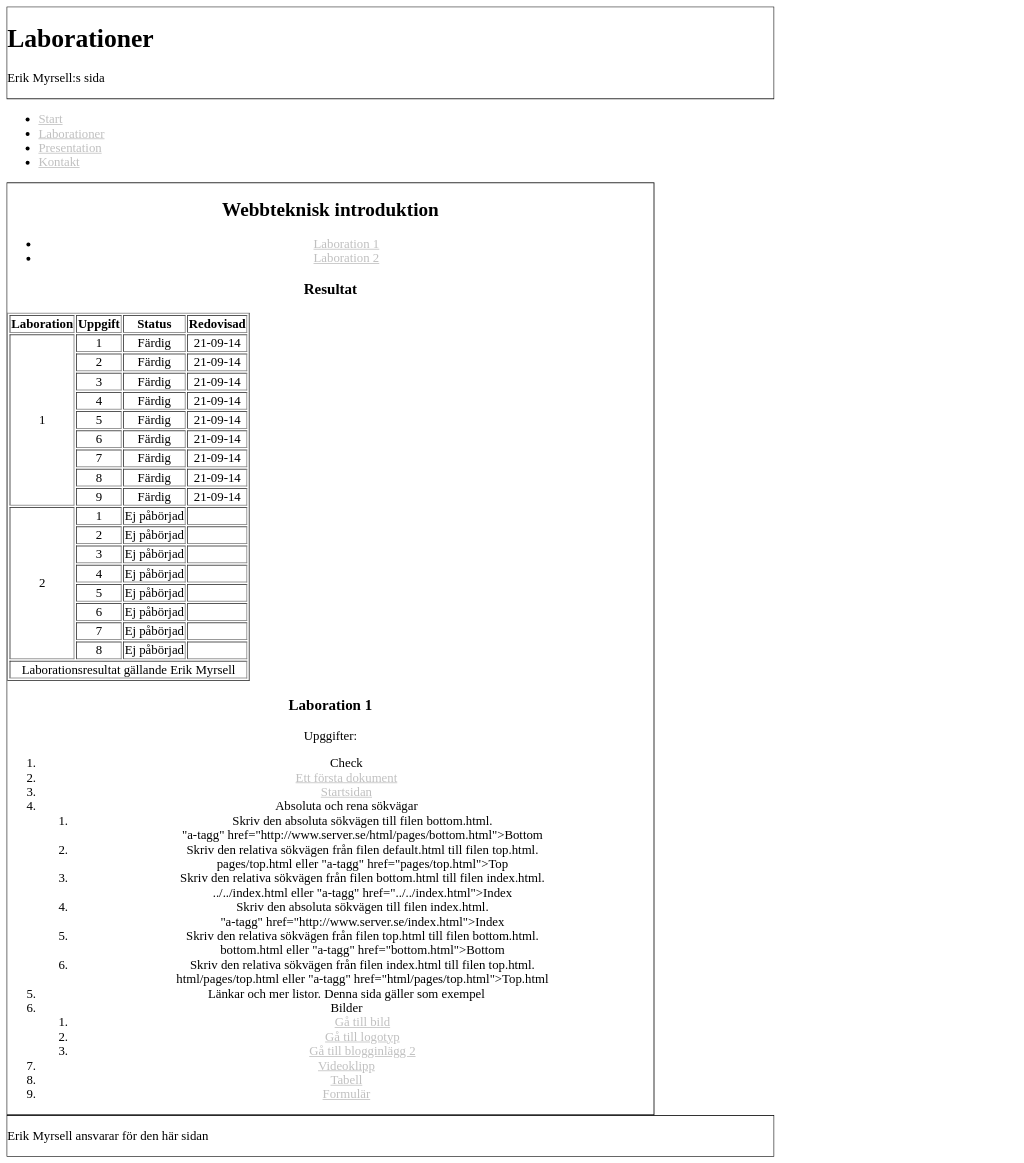
Repository: em222mt/1IK415_em222mt
Page: pages/laborationer.html
The author's editor kept a record of every edit. The page is drawn from the files as they stood at one moment, then again after the next edit.
The browser window is 1280 px wide. The pictures show the whole page, at 80% of full size.

Above is the page before.

After the next edit:
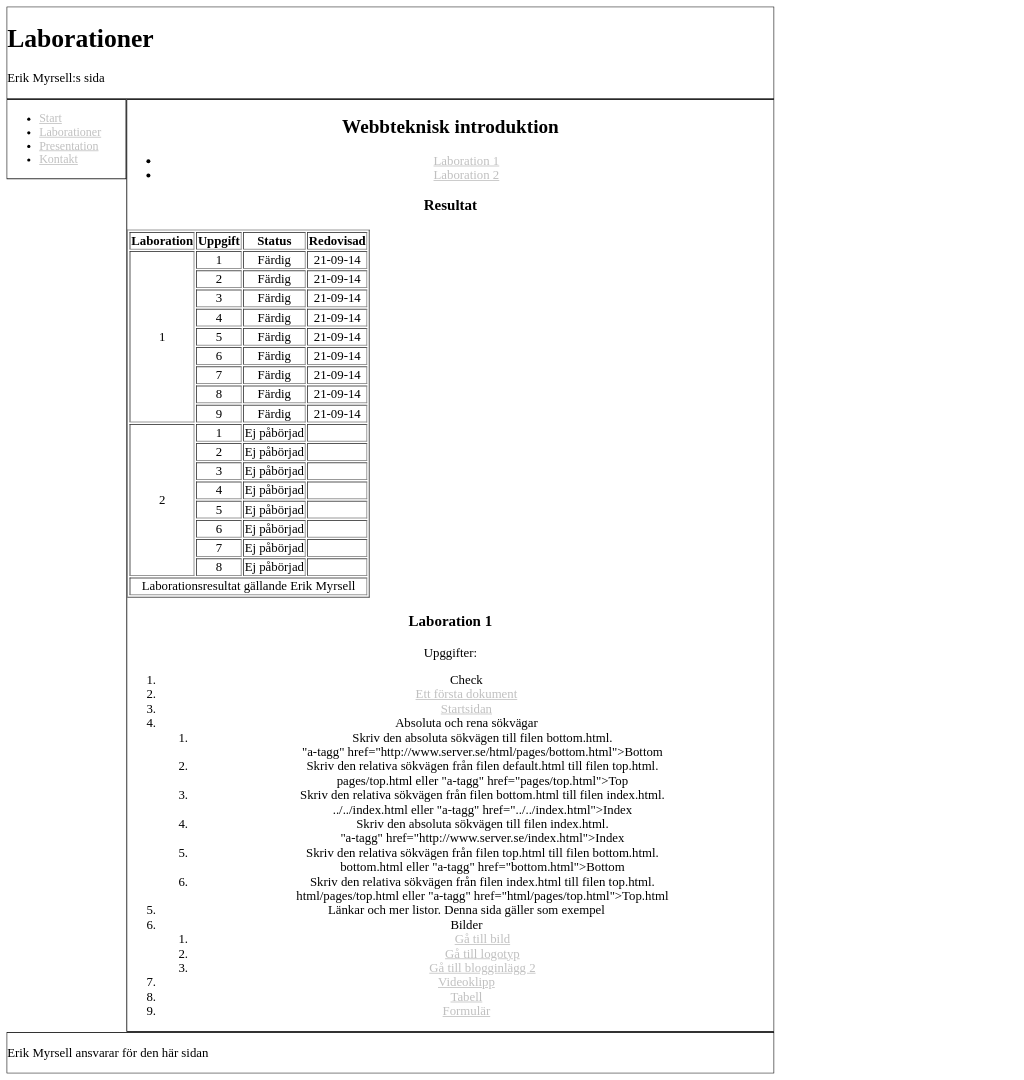
The edit:
--- a/pages/laborationer.html
+++ b/pages/laborationer.html
@@ -20,7 +20,7 @@
             </div>
 
 
-            <div id="naviation">
+            <div id="navigation">
 
             <ul>
                 <li><a href="../index.html">Start</a></li>
